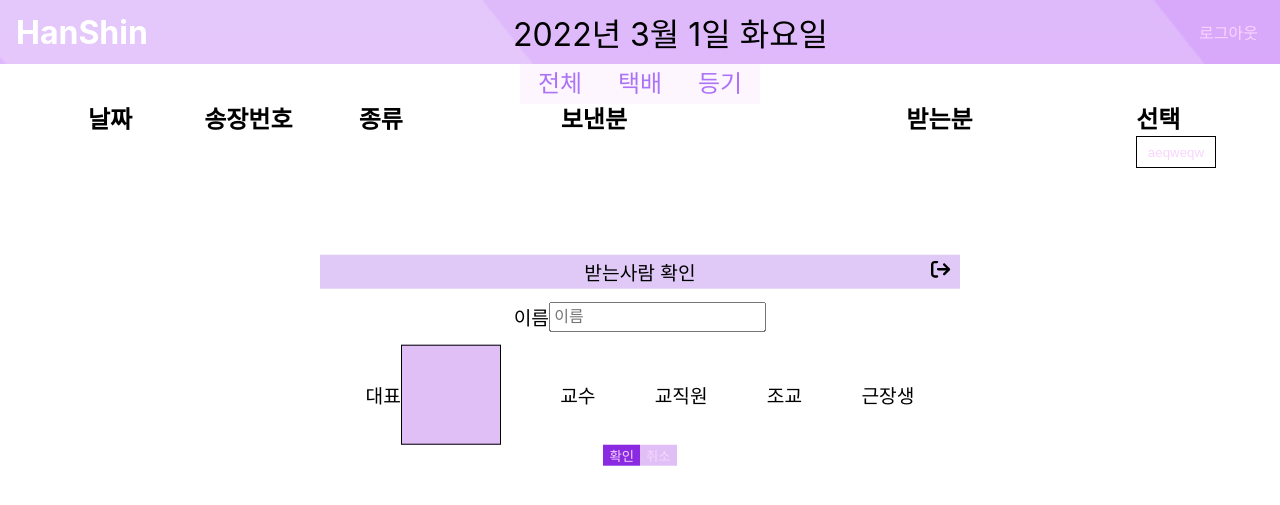
Repository: SeungYn/hanshinClient
Page: /, after clicking the first element matching `button.package_d2e76_submitBtn`
The author's editor kept a copy of each file at every save. The page is drawn from the files as they stood at one save, then again after the next save.
The browser window is 1280 px wide. The pictures show the whole page.
The page's requests for data from a server got no answer. The project was rebuilt for these pictures with package versions that can differ from the ones it lists, and the page was loaded fresh each time. No one was signed in, and anything a server would have sent is missing. Also part of the build but not shown: src/App.css, src/components/item/item.jsx, src/components/addboxs/addBoxs.jsx.

Above is the page before, as saved 2022-03-01 02:39:50.

### public/index.html
<!DOCTYPE html>
<html lang="en">
  <head>
    <meta charset="utf-8" />
    <link rel="icon" href="%PUBLIC_URL%/favicon.ico" />
    <meta name="viewport" content="width=device-width, initial-scale=1" />
    <meta name="theme-color" content="#000000" />
    <meta
      name="description"
      content="Web site created using create-react-app"
    />
  </head>
  <body>
    <div id="root"></div>
  </body>
</html>

### src/index.css
html {
  height: 100%;
}
body {
  margin: 0;
  font-family: -apple-system, BlinkMacSystemFont, 'Segoe UI', 'Roboto', 'Oxygen',
    'Ubuntu', 'Cantarell', 'Fira Sans', 'Droid Sans', 'Helvetica Neue',
    sans-serif;
  -webkit-font-smoothing: antialiased;
  -moz-osx-font-smoothing: grayscale;
  height: 100%;
}
h1 {
  margin: 0;
}
code {
  font-family: source-code-pro, Menlo, Monaco, Consolas, 'Courier New',
    monospace;
}

* {
  box-sizing: border-box;
}
p,
h2 {
  margin: 0;
  padding: 0;
}

ul {
  list-style: none;
  margin: 0;
  padding: 0;
}

### src/App.jsx
import './App.css';
import Header from './components/header/header';
import Package from './components/package/package';
import { Route, Routes } from 'react-router-dom';
import AddBoxs from './components/addboxs/addBoxs';
function App() {
  return (
    <div className='app'>
      <Header />
      <Routes>
        <Route exact path='/' element={<Package />} />
        <Route exact path='/add' element={<AddBoxs />} />
      </Routes>
    </div>
  );
}

export default App;

### src/components/header/header.jsx
import React, { useEffect, useState } from 'react';
import styles from './header.module.css';

const Header = (props) => {
  const [date, setDate] = useState(new Date());
  const [month, setMonth] = useState('');
  const [year, setYear] = useState('');
  const [day, setDay] = useState('');
  const [dates, setDates] = useState('');

  useEffect(() => {
    setMonth(date.getMonth() + 1);
    switch (date.getDay()) {
      case 0:
        setDay('일');
        break;
      case 1:
        setDay('월');
        break;
      case 2:
        setDay('화');
        break;
      case 3:
        setDay('수');
        break;
      case 4:
        setDay('목');
        break;
      case 5:
        setDay('금');
        break;
      case 6:
        setDay('토');
        break;
    }
    setYear(date.getFullYear());
    setDates(date.getDate());
  }, [date, month, year, dates, day]);

  return (
    <header className={styles.headers}>
      <h1 className={styles.title}>HanShin</h1>
      <p
        className={styles.day}
      >{`${year}년 ${month}월 ${dates}일 ${day}요일`}</p>
      <nav className={styles.menu}>
        <button className={styles.menu__item}>로그아웃</button>
      </nav>
    </header>
  );
};

export default Header;

### src/components/package/package.jsx
import React, { useEffect, useState } from 'react';
import Item from '../item/item';
import ReceiverInput from '../receiverInput/receiverInput';
import styles from './package.module.css';

const Package = (props) => {
  const [item, setItem] = useState([]);

  const [selectedPackages, setSelectedPackages] = useState([]);
  const [receiverInputActivate, setReceiverInputActivate] = useState(false);

  const addList = (box) => {
    //축약 : setSelectedPackages([...selectedPackages, box]);
    const list = [...selectedPackages, box];
    setSelectedPackages(list);
  };

  const removeList = (box) => {
    const list = selectedPackages.filter((item) => {
      if (item.boxId !== box.boxId) {
        return item;
      }
    });

    setSelectedPackages(list);
  };

  const onSubmit = () => {
    console.log(selectedPackages);
    setReceiverInputActivate(true);
  };

  useEffect(() => {
    fetch('http://localhost:8080/packages/') //
      .then((data) => data.json())
      .then((data) => setItem(data));
  }, []);

  return (
    <div className={styles.package}>
      <nav className={styles.navbar}>
        <div className={styles.navbar__item}>전체</div>
        <div className={styles.navbar__item}>택배</div>
        <div className={styles.navbar__item}>등기</div>
      </nav>

      <section className={styles.contents}>
        <ul className={styles.itemList}>
          <li className={styles.items}>
            <h2 className={styles.item}>날짜</h2>
            <h2 className={styles.item}>송장번호</h2>
            <h2 className={styles.item}>종류</h2>
            <h2 className={styles.item}>보낸분</h2>
            <h2 className={styles.item}>받는분</h2>
            <h2 className={styles.item}>선택</h2>
          </li>
          {item.map((box) => (
            <Item
              key={box.boxId}
              item={box}
              addList={addList}
              removeList={removeList}
            />
          ))}
        </ul>
      </section>
      <button className={styles.submitBtn} onClick={onSubmit}>
        aeqweqw
      </button>
      {receiverInputActivate ? (
        <ReceiverInput selectedPackages={selectedPackages} />
      ) : (
        ''
      )}
    </div>
  );
};

export default Package;

### src/components/header/header.module.css
.headers {
  background: no-repeat url('./backimg.png');
  background-size: cover;
  height: 4rem;
  display: flex;
  justify-content: space-between;
  align-items: center;
  padding: 0.1rem 1rem;
}

.title {
  color: white;
}
.day {
  font-size: 2rem;
}
.menu__item {
  border: 0;
  background: none;
  font-size: 1rem;
}

### src/components/receiverInput/receiverInput.jsx
import React from 'react';
import styles from './receiverInput.module.css';
import { FontAwesomeIcon } from '@fortawesome/react-fontawesome';
import { faArrowRightFromBracket } from '@fortawesome/free-solid-svg-icons';

const ReceiverInput = ({ selectedPackages }) => {
  console.log(selectedPackages);
  return (
    <form className={styles.receiverForm}>
      <header className={styles.receiverForm__header}>
        <p className={styles.reveiverForm__header__title}>받는사람 확인</p>
        <p className={styles.reveiverForm__header__exit}>
          <FontAwesomeIcon icon={faArrowRightFromBracket}></FontAwesomeIcon>
        </p>
      </header>
      <section className={styles.receiverForm__body}>
        <div className={styles.name__group}>
          <p className={styles.input__title}>이름</p>
          <input type='text' placeholder='이름' />
        </div>
        <ul className={styles.radio__group}>
          <li className={styles.radio__label__group}>
            <label htmlFor='대표' className={styles.radio__label}>
              대표
            </label>
            <input type='radio' id='대표' name='position' value='대표' />
            <span className={styles.checkedBox}></span>
          </li>

          <li className={styles.radio__label__group}>
            <input type='radio' id='교수' name='position' value='교수' />
            <label htmlFor='교수' className={styles.radio__label}>
              교수
            </label>
          </li>
          <li className={styles.radio__label__group}>
            <label htmlFor='교직원' className={styles.radio__label}>
              교직원
            </label>
            <input type='radio' id='교직원' name='position' value='교직원' />
          </li>
          <li className={styles.radio__label__group}>
            <label htmlFor='조교' className={styles.radio__label}>
              조교
            </label>
            <input type='radio' id='조교' name='position' value='조교' />
          </li>
          <li className={styles.radio__label__group}>
            <label htmlFor='근장생' className={styles.radio__label}>
              근장생
            </label>
            <input type='radio' id='근장생' name='position' value='근장생' />
          </li>
        </ul>

        <ul className={styles.packageList}>
          {selectedPackages.map((item) => (
            <li key={item.boxId}>
              <span>{item.date}</span>
              <span>{item.boxId}</span>
              <span>{item.kind}</span>
              <span>{item.sender}</span>
              <span>{item.receiver}</span>
            </li>
          ))}
        </ul>
      </section>
      <div className={styles.receiverForm__Footer}>
        <button
          type='button'
          className={`${styles.receiverBtn} ${styles.check}`}
        >
          확인
        </button>
        <button
          type='button'
          className={`${styles.receiverBtn} ${styles.cancel}`}
        >
          취소
        </button>
      </div>
    </form>
  );
};

export default ReceiverInput;

### src/components/package/package.module.css
.package {
  width: 100%;
  height: 100%;
  display: flex;
  flex-direction: column;
  align-items: center;
}

.navbar {
  display: flex;
  justify-content: center;
  color: #ab74f7;
  width: 100%;
}

.navbar__item {
  text-align: center;
  line-height: 1.5rem;
  font-size: 1.5rem;
  flex-basis: 5rem;
  background-color: #fef6ff;
  padding: 0.5rem;
}

.navbar__item:hover {
  background-color: #ab74f7;
  color: #fef6ff;
  cursor: pointer;
}

.itemList {
  height: 100%;
  display: grid;
  grid-auto-rows: minmax(2rem, auto);
}

.items {
  display: grid;
  grid-template-columns: 8% 16% 7% 30% 30% 8%;
  height: 2rem;
}

h2 {
  text-align: center;
  line-height: 2rem;
}

.contents {
  width: 90%;
}

.submitBtn {
  align-self: flex-end;
  margin-right: 5%;
  border: 1px solid black;
  height: 2rem;
  width: 5rem;
}

.submitBtn:hover {
  cursor: pointer;
}

### src/components/addboxs/addBoxs.module.css
input:focus {
  outline: none;
}

.addContainer {
  width: 100%;
  height: 100%;
  display: flex;
  flex-direction: column;
  align-items: center;
}

.addFormHeader {
  width: 100%;
  display: grid;
  grid-template-columns: 8% 12% 4% 24% 24% 10% 7% 7% 2%;
  justify-content: center;
  color: #8541f6;
  column-gap: 0.2rem;
}

.item {
  font-size: 1rem;
}

.addForm {
  width: 100%;
  height: 100%;
  padding: 1rem;
}
/* 8% 10% 5% 27% 27% 8% 7% 7%; */
.items {
  display: grid;
  grid-template-columns: 8% 12% 4% 24% 24% 10% 7% 7% 2%;
  align-items: center;
  column-gap: 0.2rem;
  margin-top: 0.5rem;
}
.minus {
  padding: 0;
}

input[type='text'] {
  height: 1.8rem;
  font-size: 1rem;
  padding: 0.8rem 0.2rem;
}

.countText {
  border: 1px solid #8541f6;
}

button {
  background-color: transparent;
  border: none;
  color: #f8d5fd;
}
.bottom {
  height: 100%;
  width: 100%;
  display: flex;
  justify-content: space-between;
  padding: 0 1rem;
}
.bottomBtn {
  display: flex;
}

.bottom::before {
  content: '.';
  color: transparent;
}

.addBtn:hover {
  cursor: pointer;
  color: #e5a3ff;
}

.sendBtn {
  font-size: 1rem;
}

.test {
  width: 112px;
}

### src/components/item/item.module.css
.items {
  display: grid;
  grid-template-columns: 8% 17% 7% 30% 30% 8%;
  align-items: center;
  border: 1px solid black;
}

.items p:not(:last-child) {
  border-right: 1px solid black;
  height: 100%;
  display: flex;
  align-items: center;
  justify-content: center;
}

.items:hover {
  background-color: #fef6ff;
}

p {
  /* 크기를 넘기면 자동으로 줄바꿈 */
  text-align: center;
  overflow-wrap: break-word;
  font-size: 1.2rem;
}

.selectBtn {
  color: white;
  background-color: #ab74f7;
  width: 100%;
  height: 100%;
}

.selected {
  background-color: black;
}

.unSelected {
  background-color: #ab74f7;
}

.selectBtn:hover {
  cursor: pointer;
}

### src/components/receiverInput/receiverInput.module.css
.receiverForm {
  /* #e0c9f7 */
  background-color: white;
  width: 50%;
  position: fixed;
  top: 50%;
  left: 50%;
  transform: translate(-50%, -50%);
  display: flex;
  flex-direction: column;
  align-items: center;
}

.receiverForm__header {
  background-color: #e0c9f7;
  position: relative;
  display: flex;
  justify-content: center;
  padding: 0.2rem 0;
  width: 100%;
}

.reveiverForm__header__exit {
  position: absolute;
  right: 10px;
}

.receiverForm__body {
  padding: 0px 1rem;
  width: 100%;
  display: flex;
  flex-direction: column;
  align-items: center;
}

.radio__group {
  display: flex;
  font-size: 1.2rem;
  justify-content: space-around;
  width: 100%;
  margin-top: 0.8rem;
  align-items: center;
}

input[type='radio'] {
  display: none;
}

.checkedBox {
  display: block;
  border: 1px solid black;
  background-color: #e0bff7;
  width: 100px;
  height: 100px;
}

.checkedBox:after {
  content: '';
  background-color: black;
  width: 111px;
  height: 111px;
}

input[type='radio']:checked {
  background-color: aqua;
}

.radio__label__group {
  display: flex;
  align-items: center;
}

.name__group {
  display: flex;
  margin-top: 0.8rem;
  align-items: center;
}

.packageList {
  width: 90%;
  background-color: white;
  max-height: 50%;
  overflow: scroll;
}

.check {
  background-color: blueviolet;
}

.cancel {
  background-color: #e0bff7;
}

Loaded but not shown: src/index.js (common file)

After the next save:
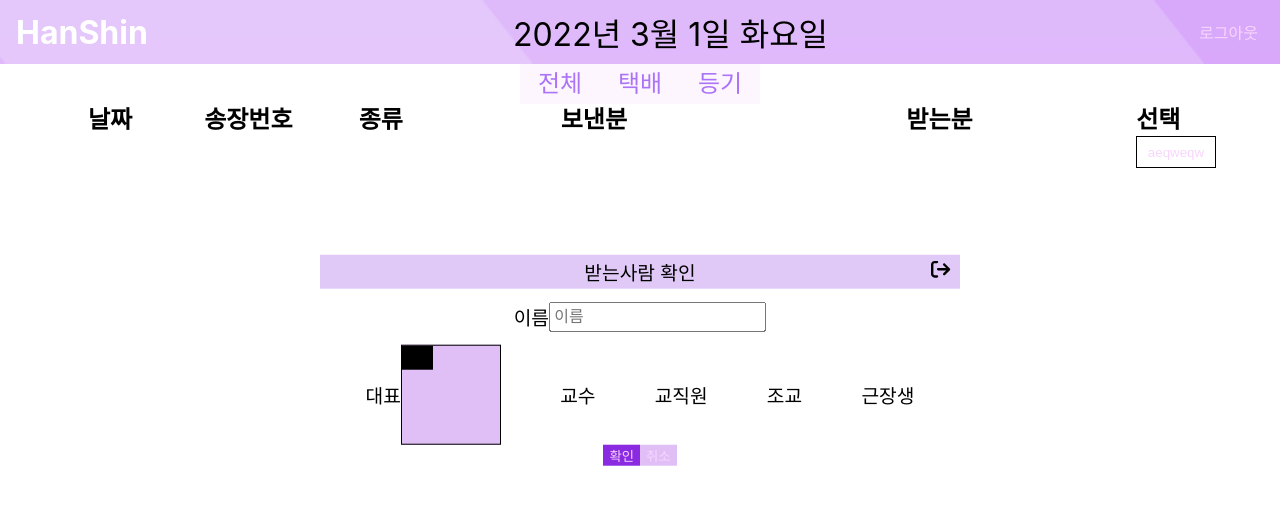
Saved 5 s later.
--- a/src/components/receiverInput/receiverInput.module.css
+++ b/src/components/receiverInput/receiverInput.module.css
@@ -55,7 +55,7 @@
 }
 
 .checkedBox:after {
-  content: '';
+  content: '123';
   background-color: black;
   width: 111px;
   height: 111px;

After the save that followed:
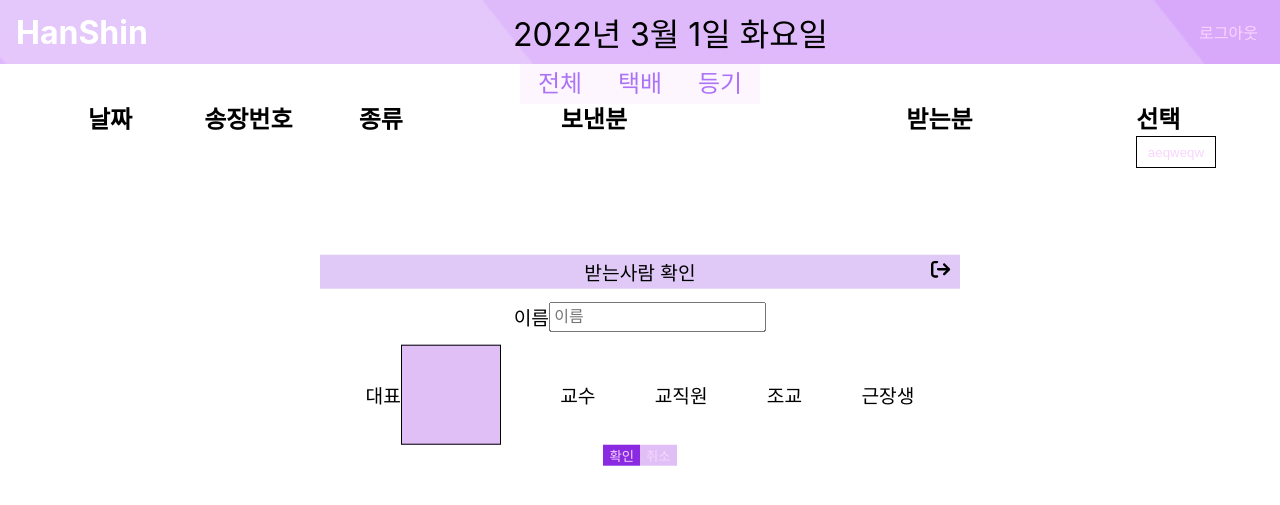
Saved 7 s later.
--- a/src/components/receiverInput/receiverInput.module.css
+++ b/src/components/receiverInput/receiverInput.module.css
@@ -55,9 +55,9 @@
 }
 
 .checkedBox:after {
-  content: '123';
+  content: '';
   background-color: black;
-  width: 111px;
+  width: 1111px;
   height: 111px;
 }
 
